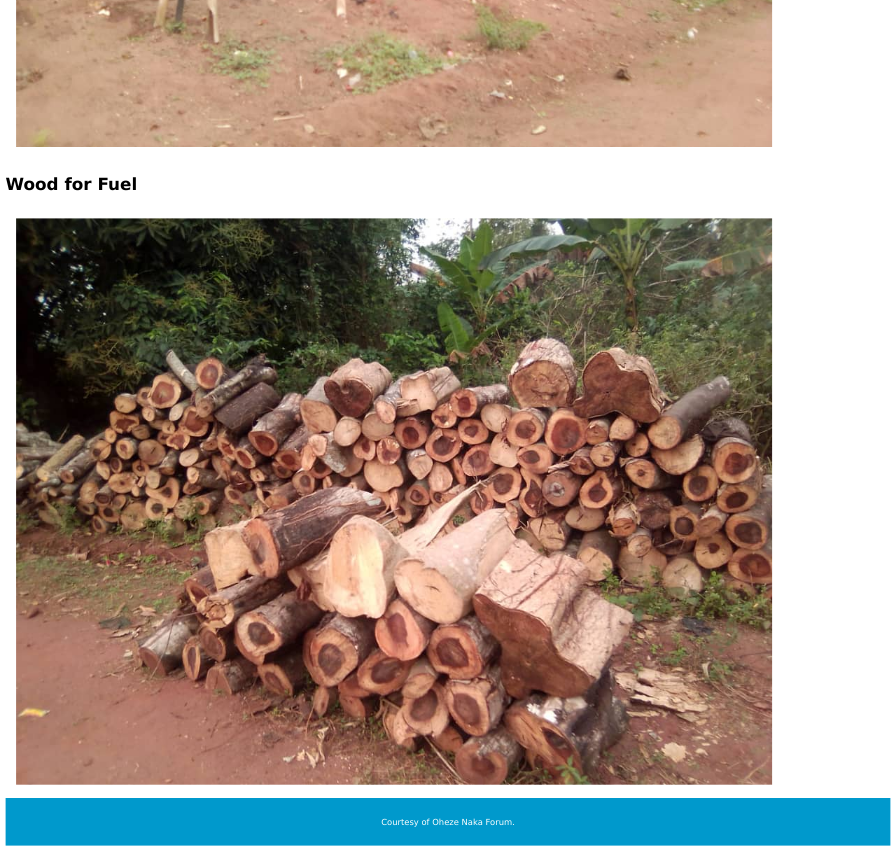
Repository: OtasowieRotimiOsifo/oheze-naka-forum
Page: economy.html
An editor plug-in stored every save of this project. The page is shown before and after the next save, followed by the edit.
The browser window is 1280 px wide. The pictures show the part of the page from y = 4580 to 6500 px (the page is 5796 px tall before and 6706 px after), at 70% of full size.

Above is the page before, as saved 2021-04-01 23:13:46.

After the next save:
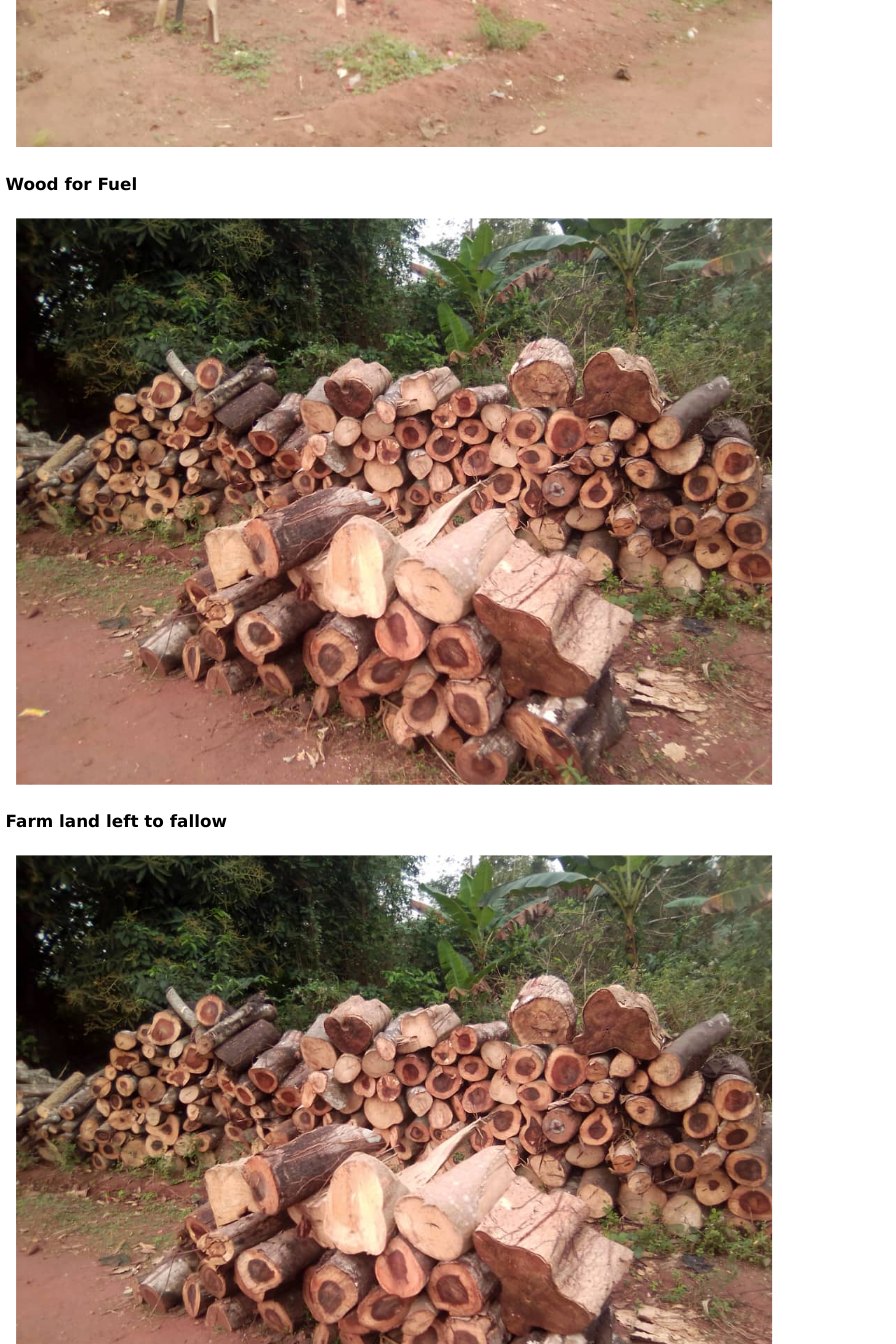
Saved 2 min 54 s later.
--- a/economy.html
+++ b/economy.html
@@ -150,6 +150,12 @@ html {
       <img src="img/woods.jpg"/>
   </div>
   </div>
+  <div class="row">
+    <h2>Farm land left to fallow</h2>
+    <div  class="col-3 col-s-3">
+      <img src="img/woods.jpg"/>
+  </div>
+  </div>
 <div class="footer">
   <p>Courtesy of Oheze Naka Forum.</p>
 </div>
